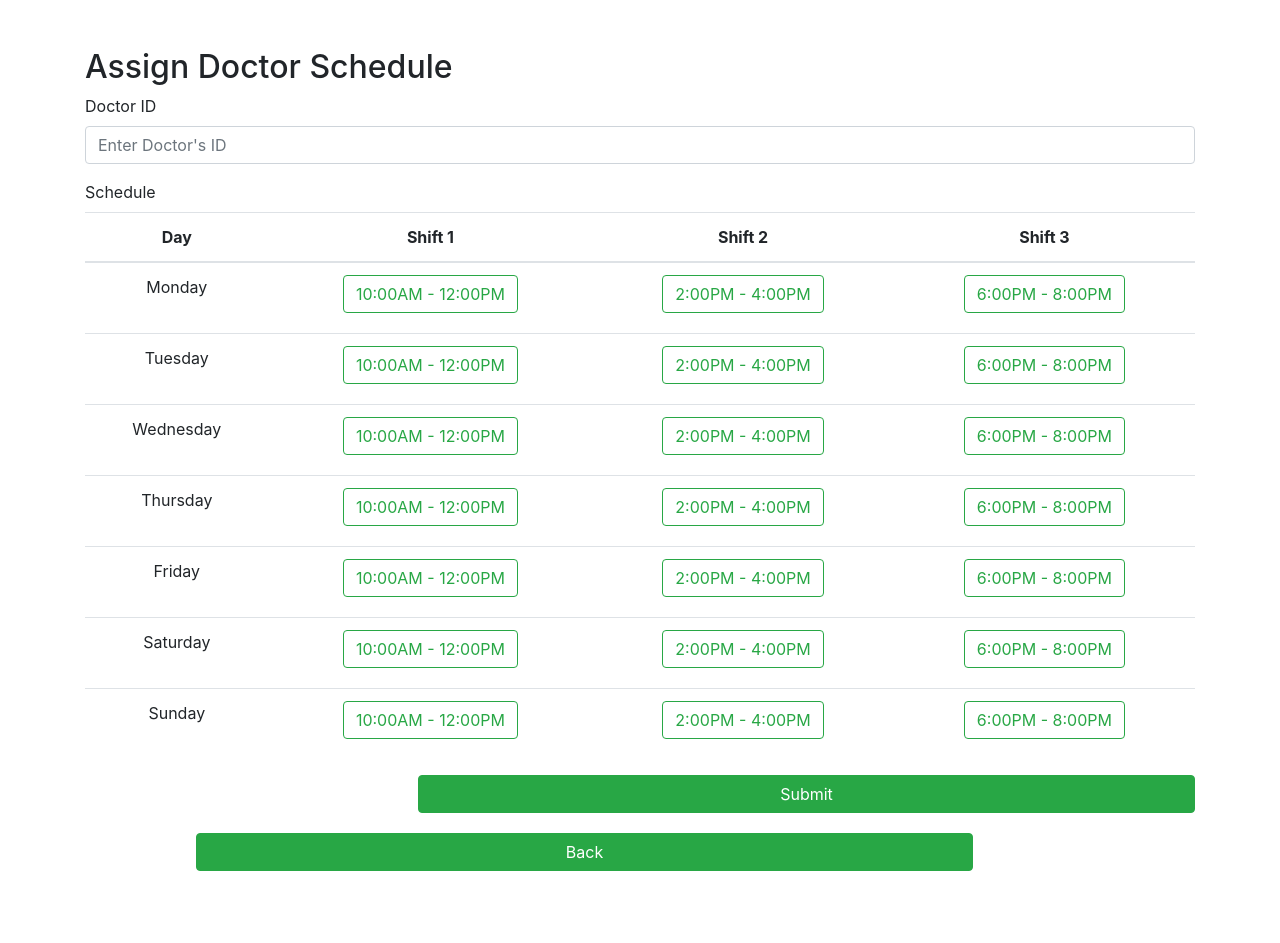
Repository: theonlymono/FitfinityHealthcareWebsiteJ2EE
Page: http://localhost/Fitfinity/DrSchedule.jsp
The author's editor kept a copy of each file at every save. The page is drawn from the files as they stood at one save, then again after the next save.
The browser window is 1280 px wide. The pictures show the whole page.
Some web libraries are served in a nearby version. The page is served by Tomcat 9.

Above is the page before, as saved 2024-02-27 18:26:54.

After the next save:
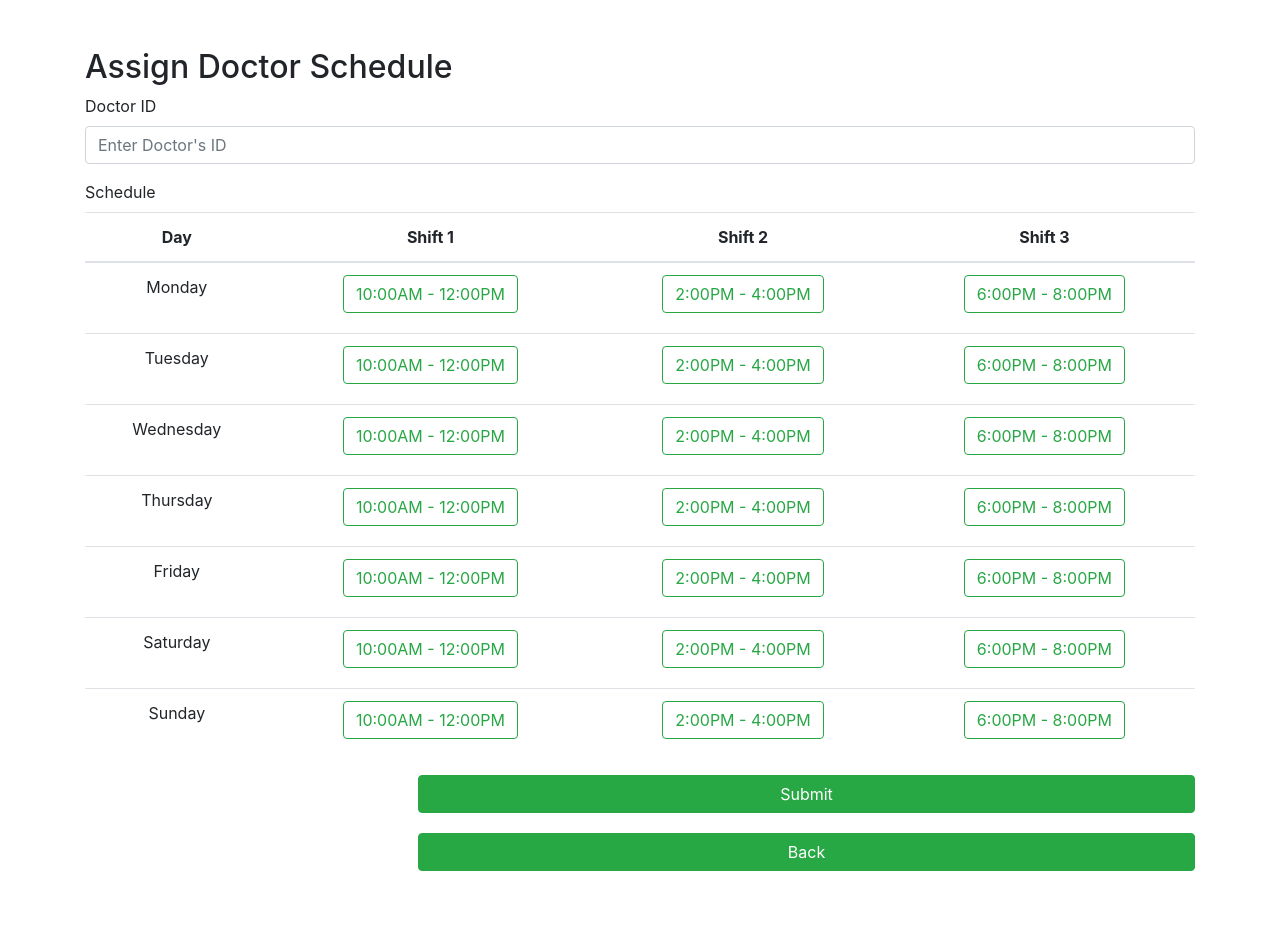
Saved 4 s later.
--- a/fitfinity/Fitfinity/WebContent/DrSchedule.jsp
+++ b/fitfinity/Fitfinity/WebContent/DrSchedule.jsp
@@ -180,7 +180,7 @@
       </div>
       <button style="margin-left: 30%; width: 70%; " type="submit" class="btn btn-success">Submit</button>
     </form>
-    <button style="margin-top: 20px; margin-left: 10%; width: 70%; " type="submit" class="btn btn-success">Back</button>
+    <button style="margin-top: 20px; margin-left: 30%; width: 70%; " type="submit" class="btn btn-success">Back</button>
     <br>
     <br>
     <br>
